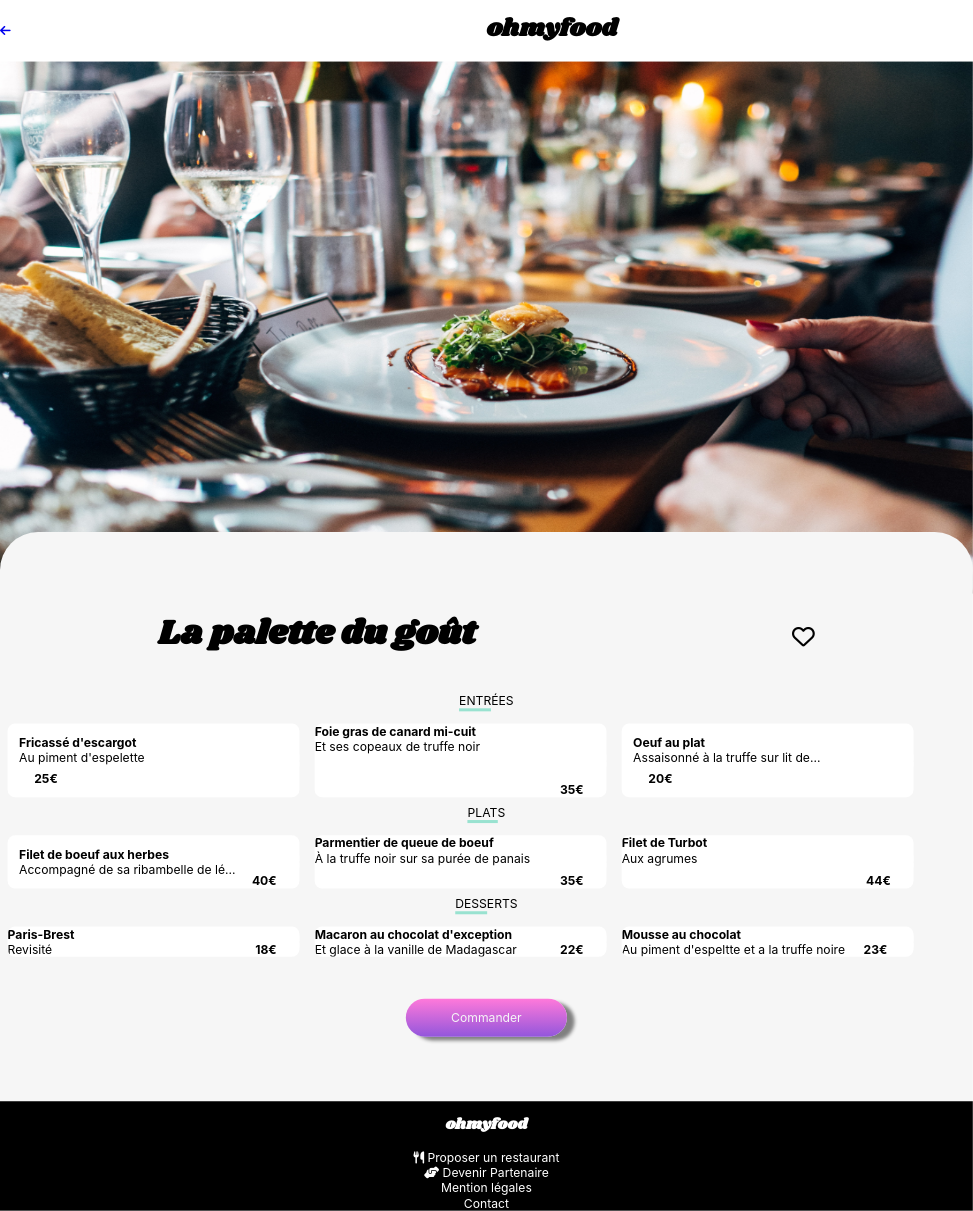
Repository: yacinebouk/ohmyfood
Page: palette.html
An editor plug-in stored every save of this project. The page is shown before and after the next save, followed by the edit.
The browser window is 1280 px wide. The pictures show the whole page, at 76% of full size.
Some web libraries are served in a nearby version. The style sheet was rebuilt from its Sass, Less or Tailwind sources for each picture, by a compiler version that may differ from the author's.

Above is the page before, as saved 2022-06-27 17:04:32.

After the next save:
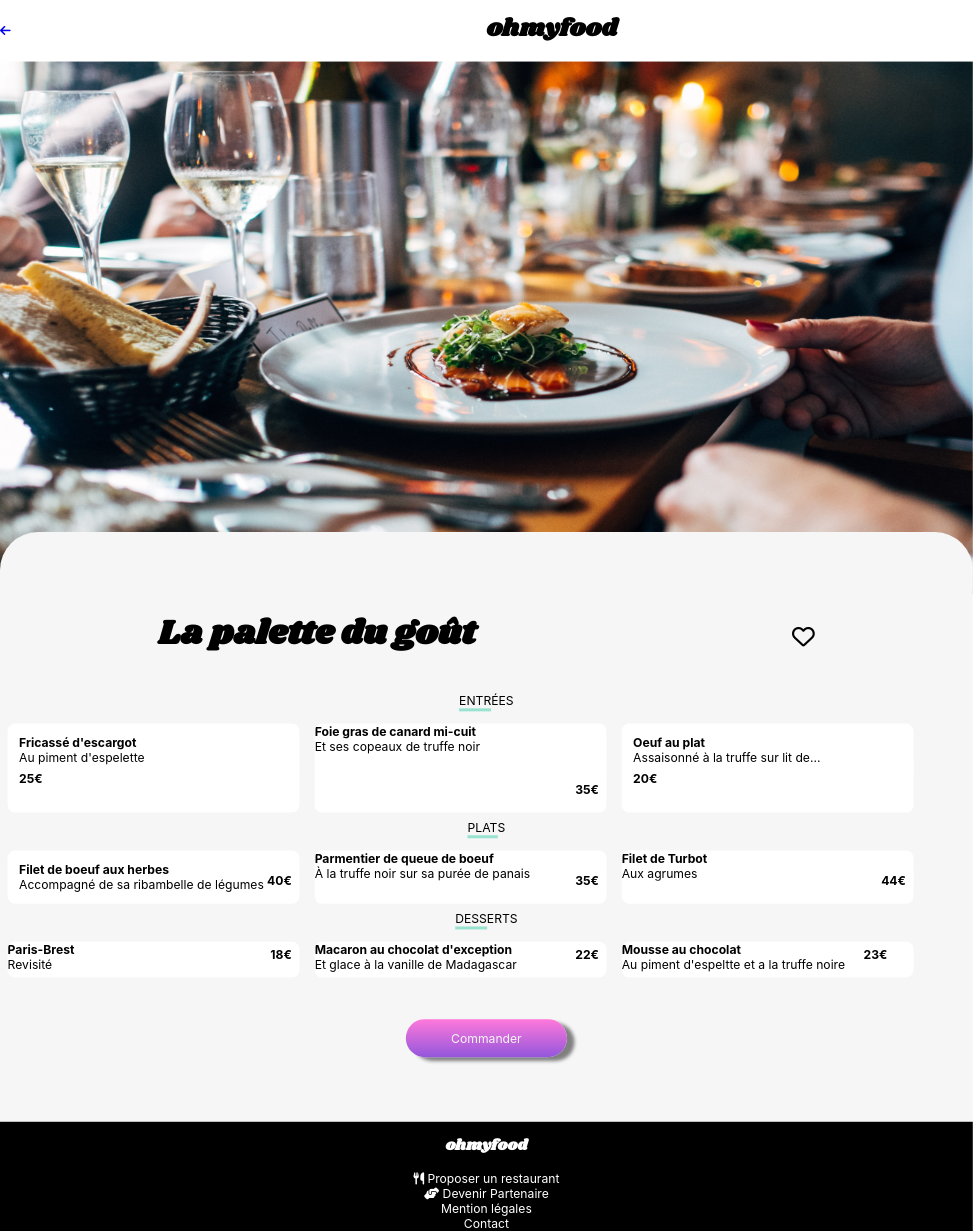
Saved 9 s later.
--- a/style/francaise.scss
+++ b/style/francaise.scss
@@ -105,7 +105,7 @@
      .price {
          align-items: end;
          display: flex;
-         padding: 0px 20px;
+         padding: 20px 0px;
          padding-top: 7px;
          margin-right: 10px;
          transition-duration: 1000ms;
